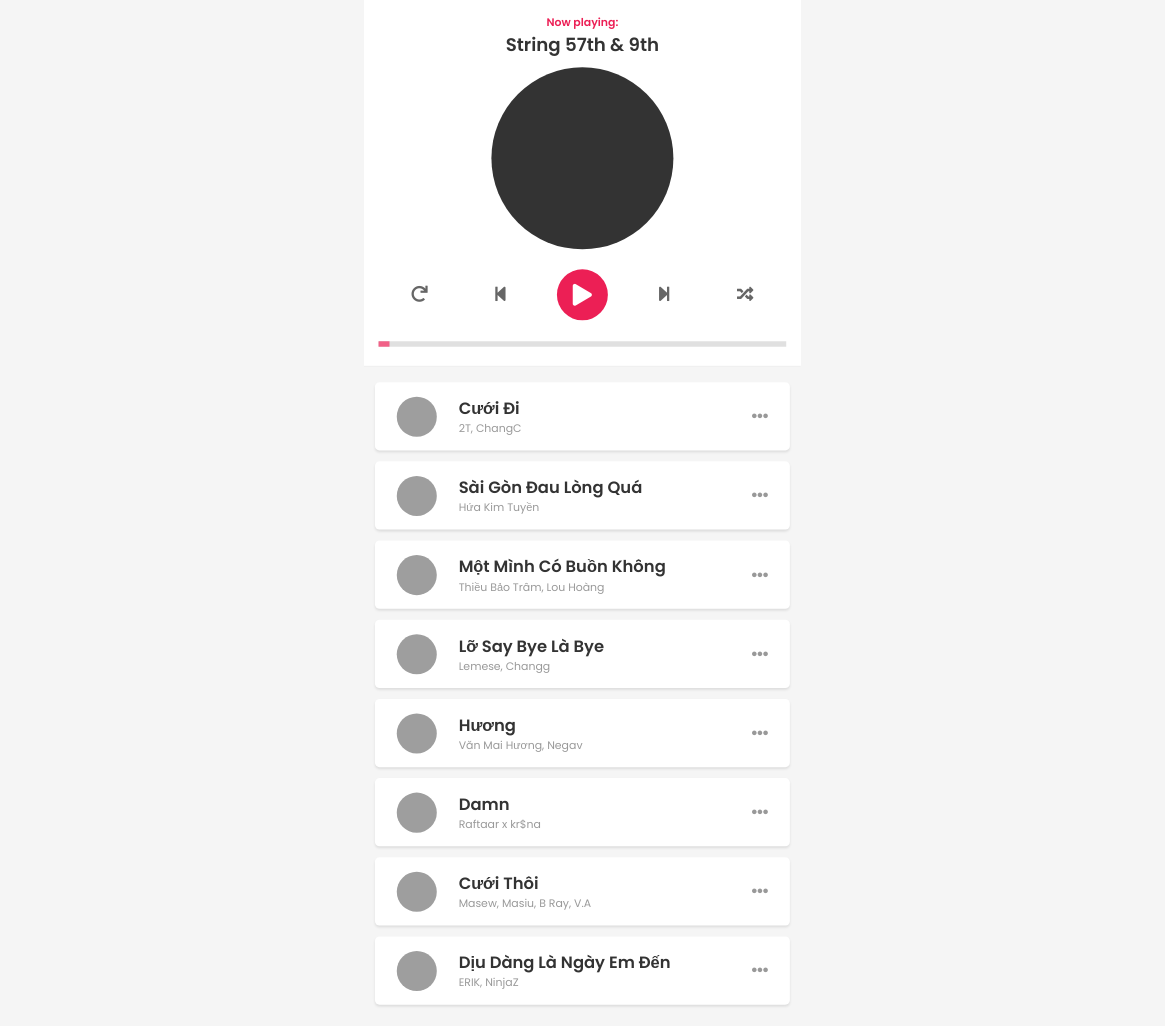
Repository: esplen74/Music
Page: music.html
An editor plug-in stored every save of this project. The page is shown before and after the next save, followed by the edit.
The browser window is 1280 px wide. The pictures show the whole page, at 91% of full size.
Pictures or frames that could not be fetched are drawn as grey boxes.

Above is the page before, as saved 2021-11-09 10:20:39.

### music.html
<!DOCTYPE html>
<html lang="en">
  <head>
    <meta charset="UTF-8" />
    <meta http-equiv="X-UA-Compatible" content="IE=edge" />
    <meta name="viewport" content="width=device-width, initial-scale=1.0" />
    <title>music</title>
    <link rel="stylesheet" href="music.css" />
  </head>
  <body>
    <meta name="viewport" content="width=device-width, initial-scale=1.0" />
    <title>Music player</title>
    <link
      rel="stylesheet"
      href="https://cdnjs.cloudflare.com/ajax/libs/font-awesome/5.15.2/css/all.min.css"
      integrity="sha512-HK5fgLBL+xu6dm/Ii3z4xhlSUyZgTT9tuc/hSrtw6uzJOvgRr2a9jyxxT1ely+B+xFAmJKVSTbpM/CuL7qxO8w=="
      crossorigin="anonymous"
    />
    <link rel="preconnect" href="https://fonts.gstatic.com" />
    <link
      href="https://fonts.googleapis.com/css2?family=Poppins:wght@300;400;600&display=swap"
      rel="stylesheet"
    />

    <div class="player">
      <!-- Dashboard -->
      <div class="dashboard">
        <!-- Header -->
        <header>
          <h4>Now playing:</h4>
          <h2>String 57th & 9th</h2>
        </header>

        <!-- CD -->
        <div class="cd">
          <div class="cd-thumb"></div>
        </div>

        <!-- Control -->
        <div class="control">
          <div class="btn btn-repeat">
            <i class="fas fa-redo"></i>
          </div>
          <div class="btn btn-prev">
            <i class="fas fa-step-backward"></i>
          </div>
          <div class="btn btn-toggle-play">
            <i class="fas fa-pause icon-pause"></i>
            <i class="fas fa-play icon-play"></i>
          </div>
          <div class="btn btn-next">
            <i class="fas fa-step-forward"></i>
          </div>
          <div class="btn btn-random">
            <i class="fas fa-random"></i>
          </div>
        </div>

        <input
          id="progress"
          class="progress"
          type="range"
          value="0"
          step="1"
          min="0"
          max="100"
        />

        <audio id="audio" src=""></audio>
      </div>

      <!-- Playlist -->
      <div class="playlist">

      </div>
    </div>

    <!-- Design from: https://static.collectui.com/shots/3671744/musicloud-revolutionary-app-for-music-streaming-large -->

    <script src="music.js"></script>
  </body>
</html>

### music.css
:root {
  --primary-color: #ec1f55;
  --text-color: #333;
}

* {
  padding: 0;
  margin: 0;
  box-sizing: inherit;
}

body {
  background-color: #f5f5f5;
}

html {
  box-sizing: border-box;
  font-family: "Poppins", sans-serif;
}

.player {
  position: relative;
  max-width: 480px;
  margin: 0 auto;
}

.player .icon-pause {
  display: none;
}

.player.playing .icon-pause {
  display: inline-block;
}

.player.playing .icon-play {
  display: none;
}

.dashboard {
  padding: 16px 16px 14px;
  background-color: #fff;
  position: fixed;
  top: 0;
  width: 100%;
  max-width: 480px;
  border-bottom: 1px solid #ebebeb;
}

/* HEADER */
header {
  text-align: center;
  margin-bottom: 10px;
}

header h4 {
  color: var(--primary-color);
  font-size: 12px;
}

header h2 {
  color: var(--text-color);
  font-size: 20px;
}

/* CD */
.cd {
  display: flex;
  margin: auto;
  width: 200px;
}

.cd-thumb {
  width: 100%;
  padding-top: 100%;
  border-radius: 50%;
  background-color: #333;
  background-size: cover;
  margin: auto;
}

/* CONTROL */
.control {
  display: flex;
  align-items: center;
  justify-content: space-around;
  padding: 18px 0 8px 0;
}

.control .btn {
  color: #666;
  padding: 18px;
  font-size: 18px;
}

.control .btn.active {
  color: var(--primary-color);
}

.control .btn-toggle-play {
  width: 56px;
  height: 56px;
  border-radius: 50%;
  font-size: 24px;
  color: #fff;
  display: flex;
  align-items: center;
  justify-content: center;
  background-color: var(--primary-color);
}

.progress {
  width: 100%;
  -webkit-appearance: none;
  height: 6px;
  background: #d3d3d3;
  outline: none;
  opacity: 0.7;
  -webkit-transition: 0.2s;
  transition: opacity 0.2s;
}

.progress::-webkit-slider-thumb {
  -webkit-appearance: none;
  appearance: none;
  width: 12px;
  height: 6px;
  background-color: var(--primary-color);
  cursor: pointer;
}

/* PLAYLIST */
.playlist {
  margin-top: 408px;
  padding: 12px;
}

.song {
  display: flex;
  align-items: center;
  margin-bottom: 12px;
  background-color: #fff;
  padding: 8px 16px;
  border-radius: 5px;
  box-shadow: 0 2px 3px rgba(0, 0, 0, 0.1);
}

.song.active {
  background-color: var(--primary-color);
}

.song:active {
  opacity: 0.8;
}

.song.active .option,
.song.active .author,
.song.active .title {
  color: #fff;
}

.song .thumb {
  width: 44px;
  height: 44px;
  border-radius: 50%;
  background-size: cover;
  margin: 0 8px;
}

.song .body {
  flex: 1;
  padding: 0 16px;
}

.song .title {
  font-size: 18px;
  color: var(--text-color);
}

.song .author {
  font-size: 12px;
  color: #999;
}

.song .option {
  padding: 16px 8px;
  color: #999;
  font-size: 18px;
}

### music.js
// 1. Render songs
// 2. Scroll top
// 3. play/ pause
// 4. Cd rotate
// 5.Next / Prev
// 6. Random
// 7. Next / repeat when enabe
// 8. Active song // render
// 9. Scroll active song into view
// 10. Play song when click

const $ = document.querySelector.bind(document);
const $$ = document.querySelectorAll.bind(document);
const cd = $(".cd");
const heading = $("header h2");
const cdThumb = $(".cd-thumb");
const audio = $("#audio");
const btnPlay = $(".btn-toggle-play");
const playlist = $(".playlist");
const player = $(".player");
const progress = $(".progress");
const btnNext = $(".btn-next");
const btnPrev = $(".btn-prev");
const btnRandom = $(".btn-random");
const btnRepeat = $(".btn-repeat");

const app = {
  currentIndex: 6,

  songs: [
    {
      name: "Cưới Đi",
      singer: "2T, ChangC",
      path: "./music/song1.mp3",
      image:
        "https://avatar-ex-swe.nixcdn.com/song/2020/08/27/8/e/c/f/1598516178659_500.jpg",
    },
    {
      name: "Sài Gòn Đau Lòng Quá",
      singer: " Hứa Kim Tuyền",
      path: "./music/song2.mp3",
      image:
        "https://avatar-ex-swe.nixcdn.com/song/2021/03/27/d/2/9/1/1616859493571_500.jpg",
    },
    {
      name: "Một Mình Có Buồn Không",
      singer: "Thiều Bảo Trâm, Lou Hoàng",
      path: "./music/song3.mp3",
      image:
        "https://avatar-ex-swe.nixcdn.com/song/2020/10/19/f/5/8/c/1603078556165_500.jpg",
    },
    {
      name: "Lỡ Say Bye Là Bye",
      singer: "Lemese, Changg",
      path: "./music/song4.mp3",
      image:
        "https://avatar-ex-swe.nixcdn.com/song/2021/01/21/5/c/9/9/1611199600529_500.jpg",
    },
    {
      name: "Hương",
      singer: "Văn Mai Hương, Negav",
      path: "./music/song5.mp3",
      image:
        "https://avatar-ex-swe.nixcdn.com/song/2021/01/22/9/f/2/1/1611280898757_500.jpg",
    },
    {
      name: "Damn",
      singer: "Raftaar x kr$na",
      path: "./music/song6.mp3",
      image:
        "https://th.bing.com/th/id/OIP.iBnWFBIXKLuFs9xHKn65qgHaN4?w=182&h=342&c=7&r=0&o=5&dpr=1.25&pid=1.7",
    },
    {
      name: "Cưới Thôi",
      singer: " Masew, Masiu, B Ray, V.A",
      path: "./music/song7.mp3",
      image:
        "https://avatar-ex-swe.nixcdn.com/song/2021/09/09/f/c/f/d/1631181753902_500.jpg",
    },
    {
      name: "Dịu Dàng Là Ngày Em Đến",
      singer: " ERIK, NinjaZ",
      path: "./music/song8.mp3",
      image:
        "https://avatar-ex-swe.nixcdn.com/song/2021/08/30/2/1/a/e/1630307726211_500.jpg",
    },
  ],
  // render bài hát
  render: function () {
    const htmls = this.songs.map((song, index) => {
      return `
      <div class="song">
          <div class="thumb"
              style="background-image:url('${song.image}')">
          </div>
          <div class="body">
              <h3 class="title">${song.name}</h3>
              <p class="author">${song.singer}</p>
          </div>
          <div class="option">
              <i class="fas fa-ellipsis-h"></i>
          </div>
      </div>
      `;
    });
    playlist.innerHTML = htmls.join("");
  },
  handleEvent: function () {
    // Thu nhỏ cd
   const cdWidth = cd.offsetWidth;
   document.onscroll=  function() {
     const scrollTop = window.scrollY || document.documentElement.scrollTop;
     const newCdWidth = cdWidth - scrollTop;

   }
  },
  start: function () {
    this.handleEvent();
    this.render();
  },
};
app.start();

After the next save:
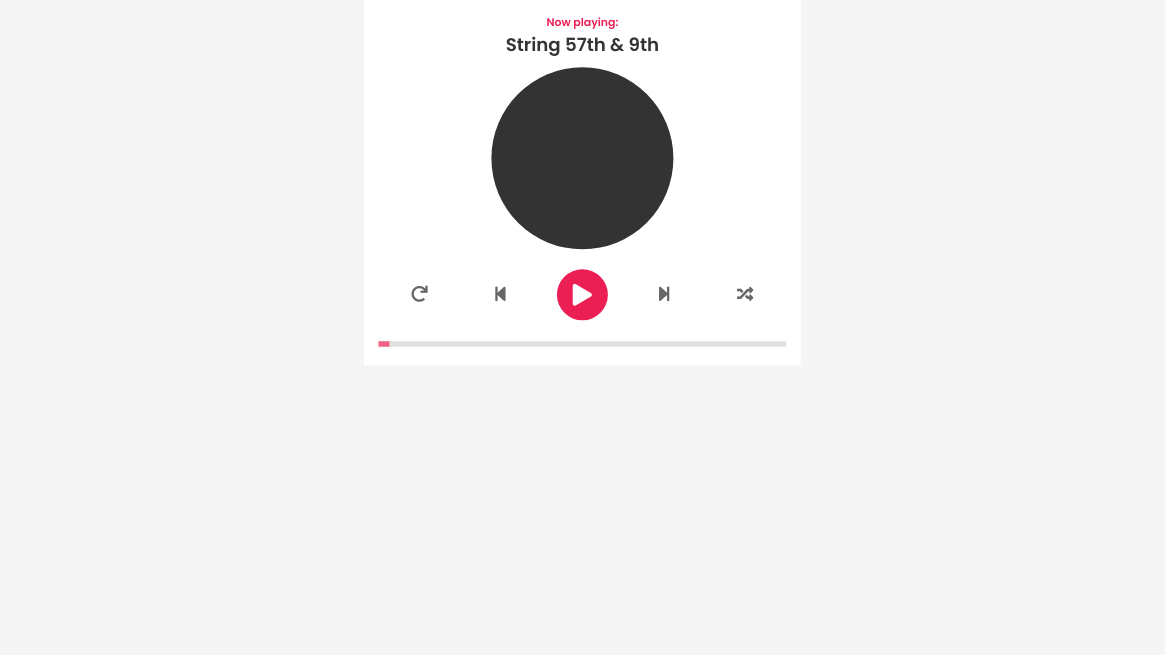
Console error: SyntaxError: Unexpected token '}'
Saved 6 s later.
--- a/music.js
+++ b/music.js
@@ -111,7 +111,7 @@
    document.onscroll=  function() {
      const scrollTop = window.scrollY || document.documentElement.scrollTop;
      const newCdWidth = cdWidth - scrollTop;
-
+     cd.style.
    }
   },
   start: function () {

After the 3 saves that followed:
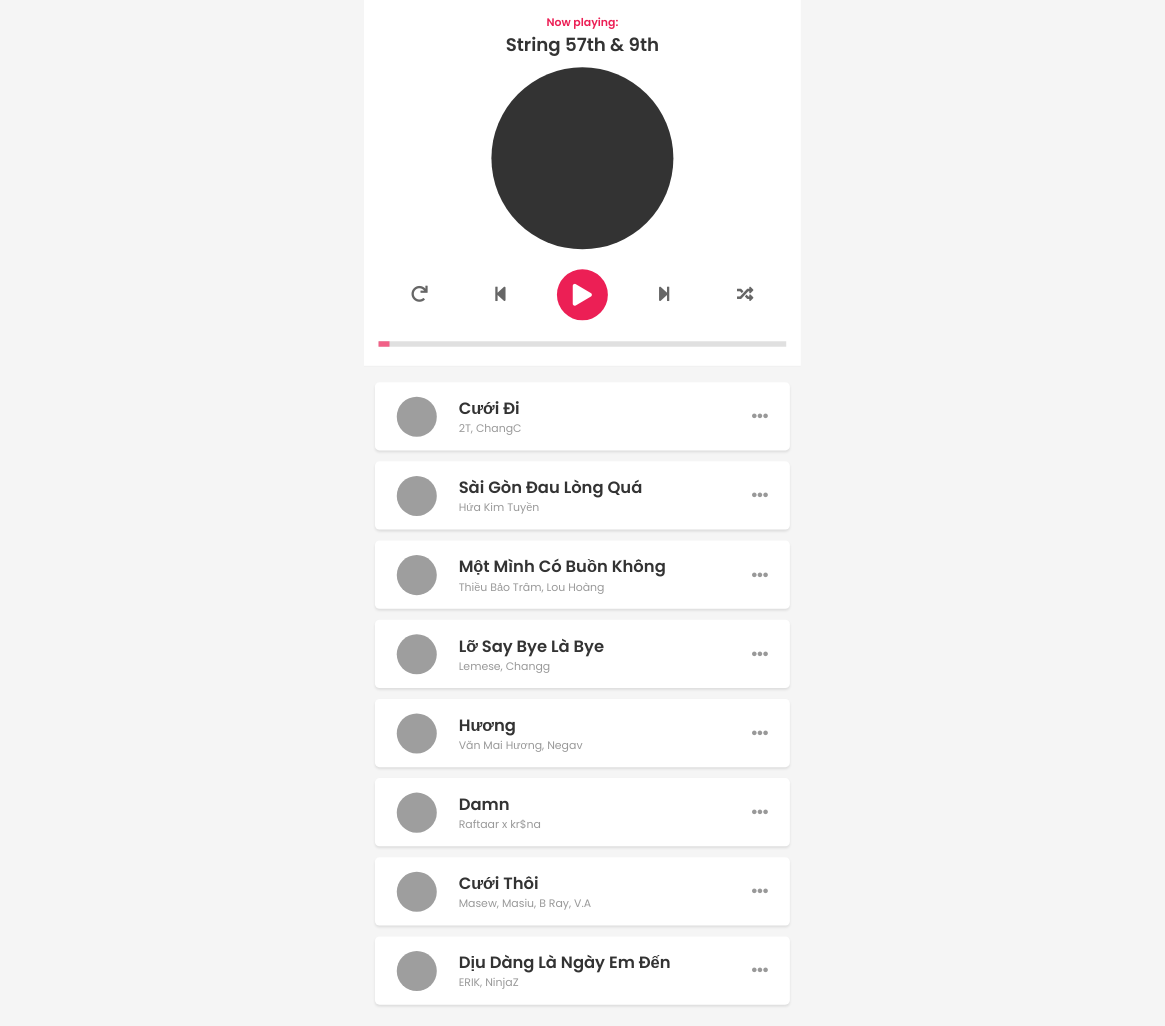
The error is gone.
The 3 saves are shown as one change because 1 left the picture as it was and some came seconds apart.
The last was saved 11 s later.
--- a/music.js
+++ b/music.js
@@ -107,12 +107,12 @@
   },
   handleEvent: function () {
     // Thu nhỏ cd
-   const cdWidth = cd.offsetWidth;
-   document.onscroll=  function() {
-     const scrollTop = window.scrollY || document.documentElement.scrollTop;
-     const newCdWidth = cdWidth - scrollTop;
-     cd.style.
-   }
+    const cdWidth = cd.offsetWidth;
+    document.onscroll = function () {
+      const scrollTop = window.scrollY || document.documentElement.scrollTop;
+      const newCdWidth = cdWidth - scrollTop;
+      cd.style.width = newCdWidth + "px";
+    };
   },
   start: function () {
     this.handleEvent();
